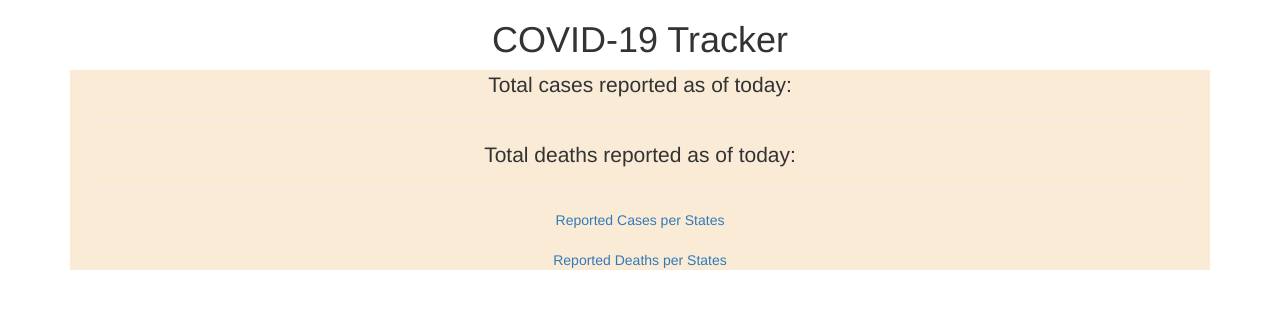
Repository: kimjuneyoung5/Bootcamp-Java
Page: http://localhost/CovidTrackingApp/WEB-INF/index.jsp
These files come from the project's save history. The page is drawn as it stood at one moment and after the next save; the edit follows.
The browser window is 1280 px wide. The pictures show the whole page.
The page is served by Tomcat 9. Nobody is signed in. Other server files are loaded and not shown. The template is opened directly, without the code that normally fills it, so the values that code supplies are empty.

Above is the page before, as saved 2021-10-02 03:21:29.

### oop/CovidTrackingApp/src/main/webapp/WEB-INF/index.jsp
<%@ page language="java" contentType="text/html; charset=UTF-8"
    pageEncoding="UTF-8"%>
<%@ taglib prefix="c" uri="http://java.sun.com/jsp/jstl/core" %>
<%@ taglib prefix="fmt" uri="http://java.sun.com/jsp/jstl/fmt" %>
<%@ taglib prefix="form" uri="http://www.springframework.org/tags/form"%>
<%@ page isErrorPage="true" %>
<!DOCTYPE html>

<html xmlns:th="http://www.thymeleaf.org">

<head>
    <title>COVID-19 Tracker</title>
    <meta http-equiv="Content-Type" content="text/html; charset=UTF-8" />
    <link rel="stylesheet" href="https://stackpath.bootstrapcdn.com/bootstrap/4.4.1/css/bootstrap.min.css" integrity="sha384-Vkoo8x4CGsO3+Hhxv8T/Q5PaXtkKtu6ug5TOeNV6gBiFeWPGFN9MuhOf23Q9Ifjh" crossorigin="anonymous">
    <link rel="stylesheet"
		href="https://maxcdn.bootstrapcdn.com/bootstrap/3.3.7/css/bootstrap.min.css" />
    <style>
    	.container1{
    		text-align: center;
    	}
    	.container{
    		text-align:center;
    		background-color: antiquewhite;
    	}
    	.line{
    		margin-top:1.5rem!important;
    	}
    	.display{
    		line-height:1.2;
    	}
    </style>
</head>

<body>
<div class="container1">
<h1>COVID-19 Tracker</h1>

	<div class="container">
    	<p class="lead">Total cases reported as of today:</p>
    	<h1 class="display"><c:out value="${totalReportedCases}"/></h1>
    	<hr class="line">
    	<p class="lead">Total deaths reported as of today:</p>
    	<h1 class="display"><c:out value="${totalReportedDeaths}"/></h1>
    	<hr class="line">
    	<a href="/cases">Reported Cases per States</a>
    	<br></br>
    	<a href="/deaths">Reported Deaths per States</a>
	</div>

</div>

After the next save:
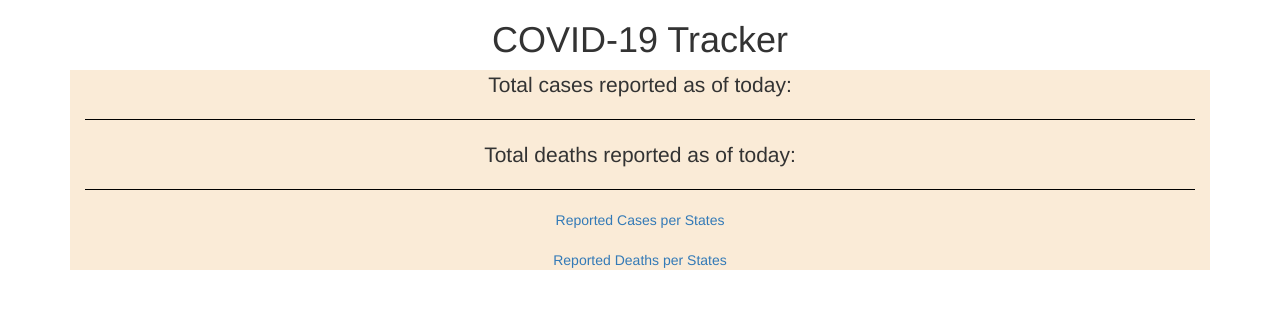
Saved 85 s later.
--- a/oop/CovidTrackingApp/src/main/webapp/WEB-INF/index.jsp
+++ b/oop/CovidTrackingApp/src/main/webapp/WEB-INF/index.jsp
@@ -28,6 +28,9 @@
     	.display{
     		line-height:1.2;
     	}
+    	hr{
+    		border-top:1px solid black;
+    	}
     </style>
 </head>
 
